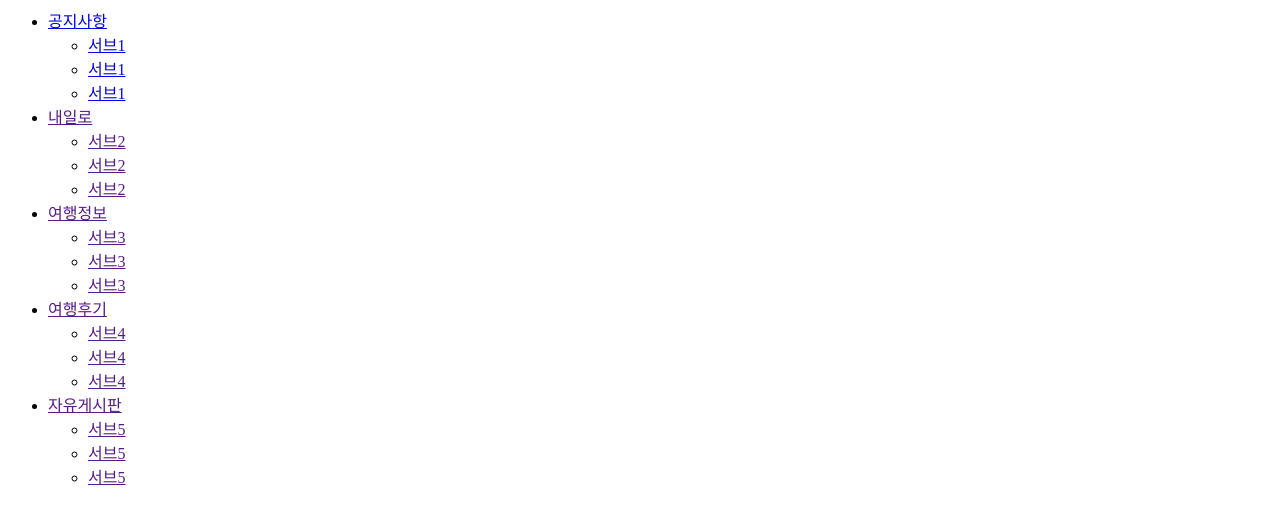
Repository: ekgus419/hckj
Page: http://localhost/Railro/WEB-INF/views/inc/nav.jsp
The author's editor kept a copy of each file at every save. The page is drawn from the files as they stood at one save, then again after the next save.
The browser window is 1280 px wide. The pictures show the whole page.
The page is served by Tomcat 9. Nobody is signed in. Other server files are loaded and not shown. The template is opened directly, without the code that normally fills it, so the values that code supplies are empty.

Above is the page before, as saved 2016-08-22 03:04:42.

### Railro/src/main/webapp/WEB-INF/views/inc/nav.jsp
<%@ page language="java" pageEncoding="UTF-8" trimDirectiveWhitespaces="true"%>

<div class="main-menu">
	<ul class="top-menu">
		<li><a href="javascript:void(0)" onclick="location.href='noticeList.htm'">공지사항</a>
			<ul class="sub-menu">
				<li><a href="#">서브1</a></li>
				<li><a href="#">서브1</a></li>
				<li><a href="#">서브1</a></li>
			</ul>
		</li>
		<li><a href="">내일로</a>
			<ul class="sub-menu">
				<li><a href="">서브2</a></li>
				<li><a href="">서브2</a></li>
				<li><a href="">서브2</a></li>
			</ul>
		</li>
		<li><a href="">여행정보</a>
			<ul class="sub-menu">
				<li><a href="">서브3</a></li>
				<li><a href="">서브3</a></li>
				<li><a href="">서브3</a></li>
			</ul>
		</li>
		<li><a href="">여행후기</a>
			<ul class="sub-menu">
				<li><a href="">서브4</a></li>
				<li><a href="">서브4</a></li>
				<li><a href="">서브4</a></li>
			</ul>
		</li>
		<li><a href="">자유게시판</a>
			<ul class="sub-menu">
				<li><a href="">서브5</a></li>
				<li><a href="">서브5</a></li>
				<li><a href="">서브5</a></li>
			</ul>
		</li>
	</ul>
</div>

After the next save:
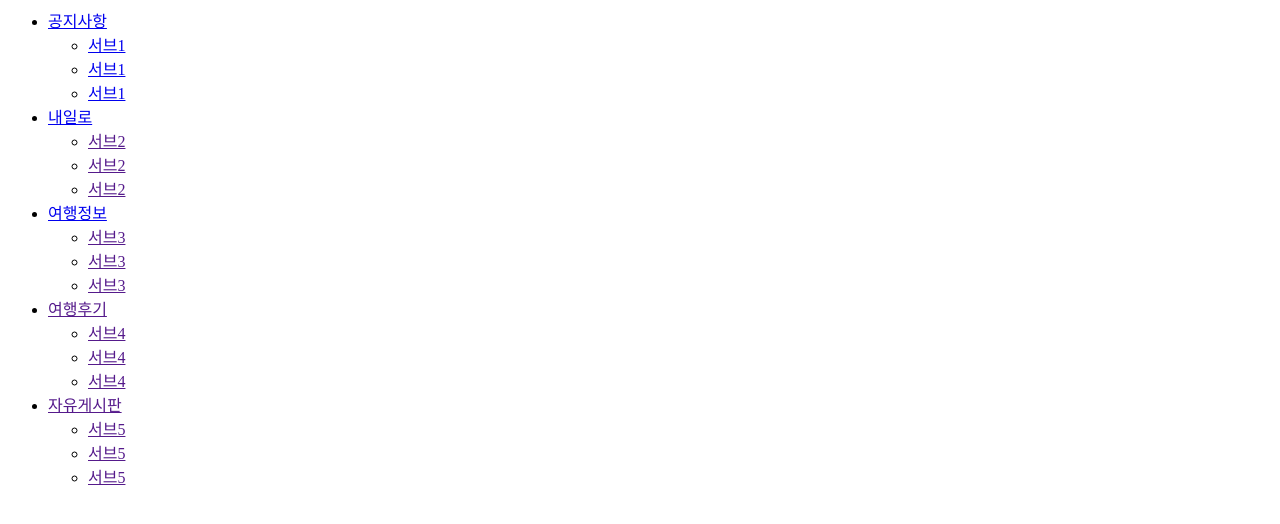
Saved 26 s later.
--- a/Railro/src/main/webapp/WEB-INF/views/inc/nav.jsp
+++ b/Railro/src/main/webapp/WEB-INF/views/inc/nav.jsp
@@ -9,14 +9,14 @@
 				<li><a href="#">서브1</a></li>
 			</ul>
 		</li>
-		<li><a href="">내일로</a>
+		<li><a href="javascript:void(0)" onclick="location.href='railroList.htm'">내일로</a>
 			<ul class="sub-menu">
 				<li><a href="">서브2</a></li>
 				<li><a href="">서브2</a></li>
 				<li><a href="">서브2</a></li>
 			</ul>
 		</li>
-		<li><a href="">여행정보</a>
+		<li><a href="javascript:void(0)" onclick="location.href='travelInfoMain.htm'">여행정보</a>
 			<ul class="sub-menu">
 				<li><a href="">서브3</a></li>
 				<li><a href="">서브3</a></li>
